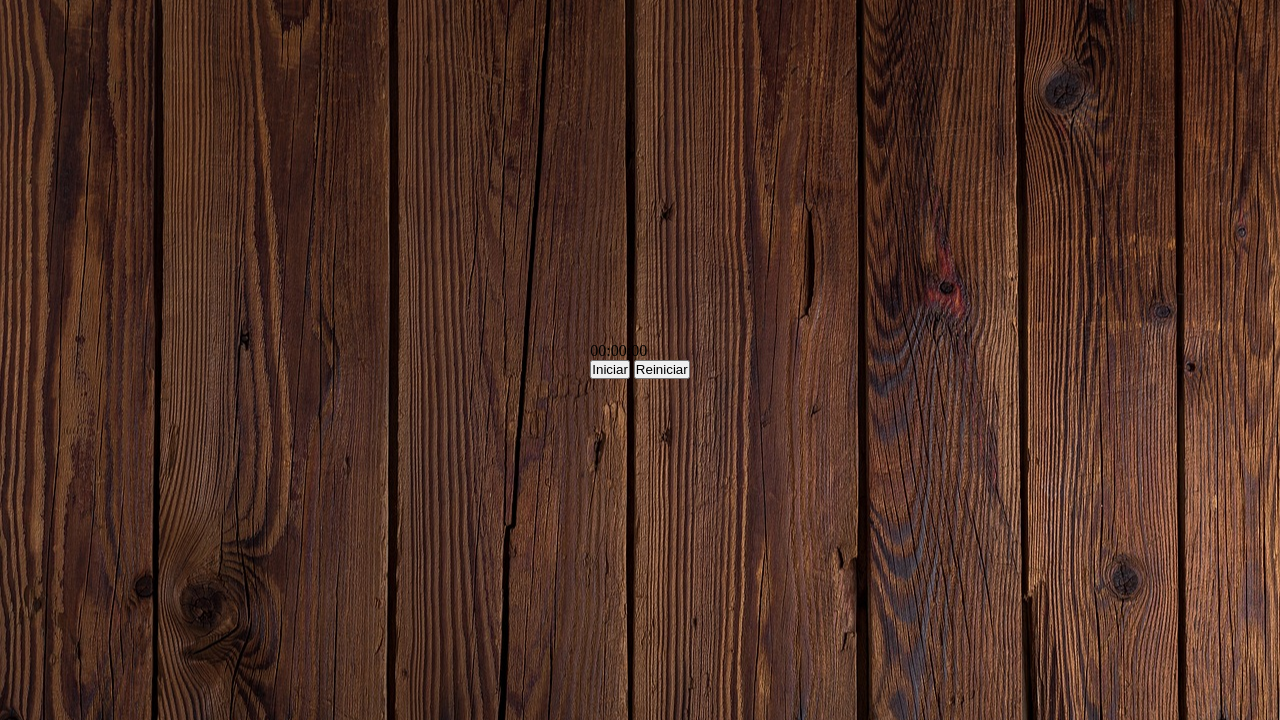
Repository: JoyMoGas/javascript-learn
Page: cronometro/index.html
These files come from the project's save history. The page is drawn as it stood at one moment and after a run of saves; the edit follows.
The browser window is 1280 px wide. The pictures show the whole page.

Above is the page before, as saved 2024-05-13 17:49:23.

### cronometro/index.html
<!DOCTYPE html>
<html lang="es">
  <head>
    <meta charset="UTF-8" />
    <meta name="viewport" content="width=device-width, initial-scale=1.0" />
    <link rel="stylesheet" href="styles.css" />
    <title>Cronometro</title>
  </head>
  <body>
    <main class="contenedor-principal">
      <div class="contenedor-interno">
        <div id="cronometro">00:00:00</div>
        <div class="contenedor-botones">
          <button id="boton-inicio-pausa" class="boton iniciar">Iniciar</button>
          <button id="boton-reiniciar" class="boton">Reiniciar</button>
        </div>
      </div>
    </main>
    <script src="app.js"></script>
  </body>
</html>

### cronometro/styles.css
/* Estilos Generales */

* {
  margin: 0;
  padding: 0;
}

body {
  height: 100vh;
  display: flex;
  justify-content: center;
  align-items: center;
  background: url('images/madera.jpg') no-repeat center center/ cover;
}

Loaded but not shown: cronometro/app.js (no stored copy; drawn as an empty file)

After the next 2 saves:
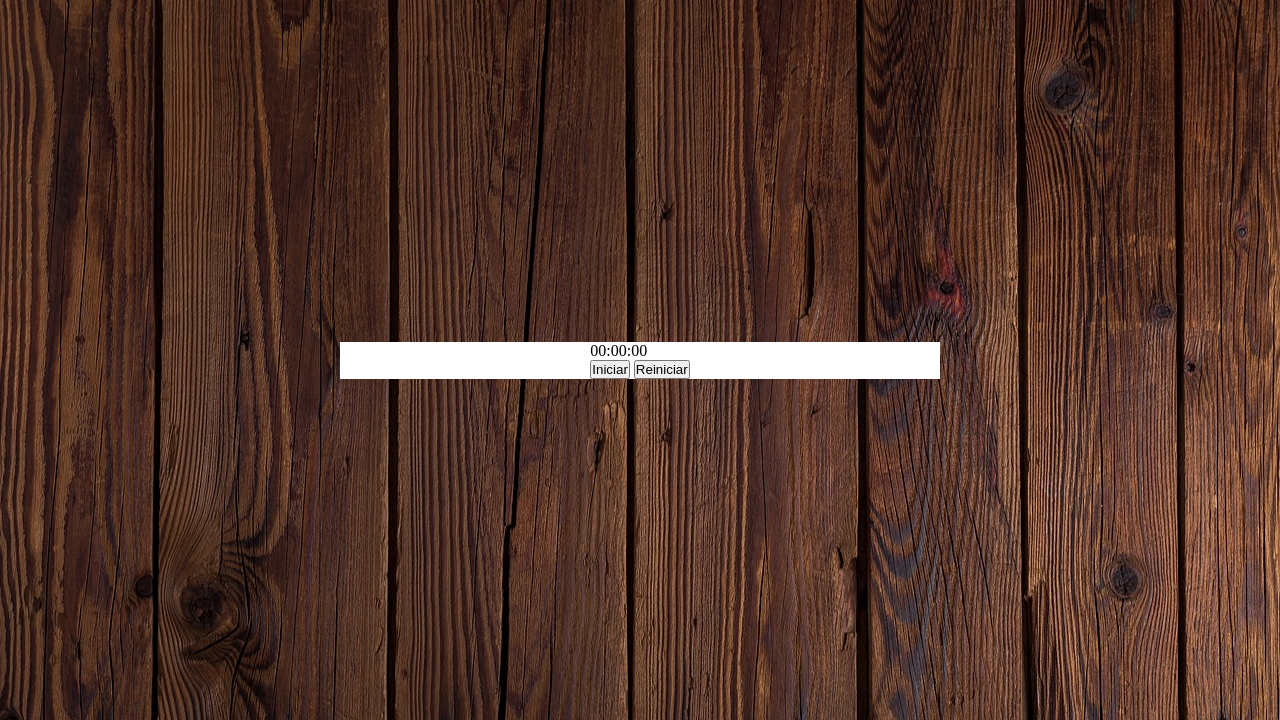
The 2 saves are shown as one change because they came seconds apart.
The last was saved 7 min 35 s later.
--- a/cronometro/styles.css
+++ b/cronometro/styles.css
@@ -12,3 +12,15 @@
   align-items: center;
   background: url('images/madera.jpg') no-repeat center center/ cover;
 }
+
+/* Contenedores */
+.contenedor-principal {
+  width: 80vw;
+  max-width: 600px;
+  min-width: 350px;
+  display: flex;
+  flex-wrap: wrap;
+  justify-content: center;
+  align-items: center;
+  background-color: white;
+}
